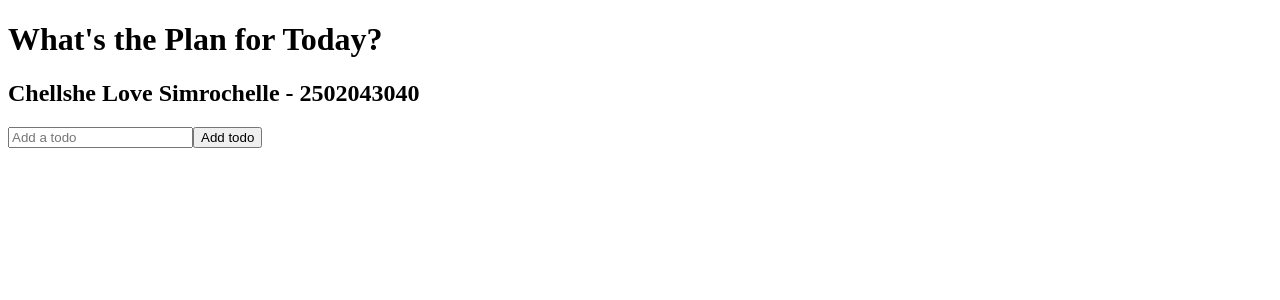
Repository: chellshelove/WADS_Assignment_TodoApp
Page: /
An editor plug-in stored every save of this project. The page is shown before and after the next save, followed by the edit.
The browser window is 1280 px wide. The pictures show the whole page.
The project was rebuilt for these pictures with package versions that can differ from the ones it lists, and the page was loaded fresh each time. Also part of the build but not shown: src/App.css.

Above is the page before, as saved 2023-03-09 11:05:32.

### src/App.js
import React from 'react';
import './App.css';
import TodoList from './components/TodoList';

function App() {
  return (
    <div className="todo-app">
     <TodoList/>
    </div>
  );
}

export default App;

### src/components/TodoList.js
import React, {useState} from 'react'
import TodoForm from './TodoForm'

function TodoList() {
    const [todos, setTodos] = useState([])

    const addTodo = todo => {
        if(!todo.test || /^\s*$/.test(todo.text)){
            return
        }

        const newTodos = [todo, ...todos]

        setTodos(newTodos);
    }

  return (
    <div>
        <h1>What's the Plan for Today?</h1>
        <h2>Chellshe Love Simrochelle - 2502043040</h2>
        <TodoForm onSubmit={addTodo}/>
    </div>
  )
}

export default TodoList

### src/components/TodoForm.js
import React, {useState} from 'react'

function TodoForm(props) {
    const [input, setInput] = useState('')

    const handleChange = e => {
        setInput(e.target.value)
    }

    const handleSubmit = e => {
        e.preventDefault();

        props.onSubmit({
            id: Math.floor(Math.random() * 10000),
            text: input
        })

        setInput("");
    };

  return (
    <form className="todo-form" onSubmit={handleSubmit}>
        <input
        type="text"
        placeholder="Add a todo"
        value={input}
        name="text"
        className="todo-input"
        onChange={handleChange}
        />
        <button className="todo-button">Add todo</button>
    </form>
  )
}

export default TodoForm

Loaded but not shown: public/index.html (common file); src/index.js (common file)

After the next save:
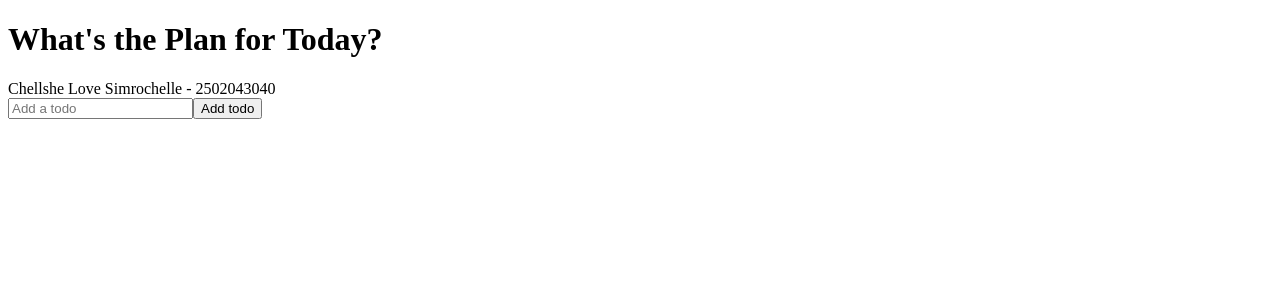
Saved 23 s later.
--- a/src/components/TodoList.js
+++ b/src/components/TodoList.js
@@ -17,7 +17,7 @@ function TodoList() {
   return (
     <div>
         <h1>What's the Plan for Today?</h1>
-        <h2>Chellshe Love Simrochelle - 2502043040</h2>
+        <p1>Chellshe Love Simrochelle - 2502043040</p1>
         <TodoForm onSubmit={addTodo}/>
     </div>
   )
